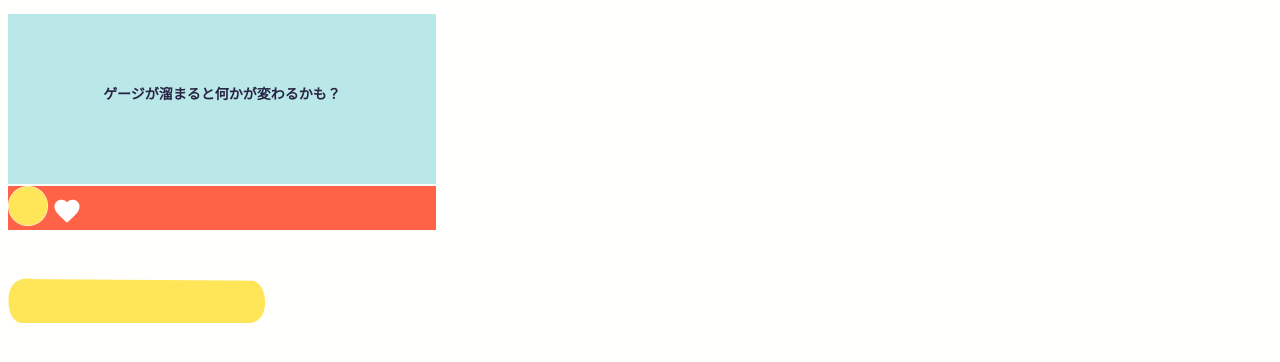
Repository: misaki0919/Self-care
Page: home_page.html
The author's editor kept a copy of each file at every save. The page is drawn from the files as they stood at one save, then again after the next save.
The browser window is 1280 px wide. The pictures show the whole page.
Some web fonts or font styles are not loaded; a fallback is used.

Above is the page before, as saved 2026-07-20 18:58:50.

After the next save:
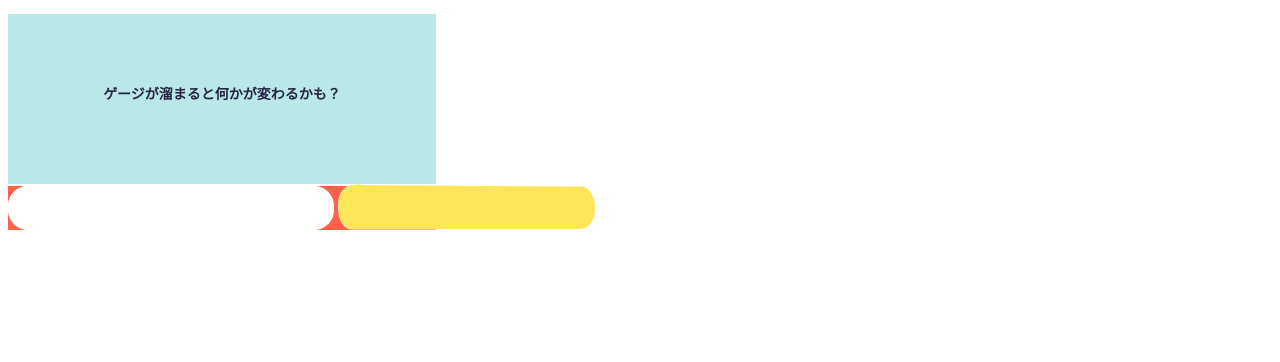
Saved 24 s later.
--- a/home_page.html
+++ b/home_page.html
@@ -13,7 +13,7 @@
 <body>
     <div class="header-wrap">
         <p class="ge-ji zen-maru-gothic-regular">ゲージが溜まると何かが変わるかも？</p>
-        <div class="images-wrap-1">
+        <section class="images-wrap-1">
             <img src="images/Ellipse 17.png" alt="黄色の丸">
             <img src="images/heart.png" alt="ハート">
         </div>

After the save that followed:
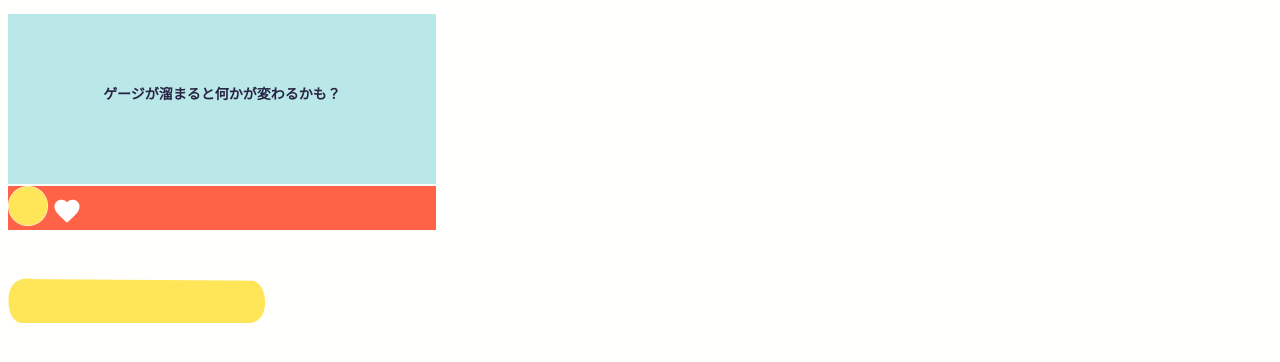
Saved 5 s later.
--- a/home_page.html
+++ b/home_page.html
@@ -16,7 +16,7 @@
         <section class="images-wrap-1">
             <img src="images/Ellipse 17.png" alt="黄色の丸">
             <img src="images/heart.png" alt="ハート">
-        </div>
+        </section>
         <div class="images-wrap-2">
             <img src="images/Rectangle 5.png" alt="白">
             <img src="images/Vector 1.png" alt="黄色">
